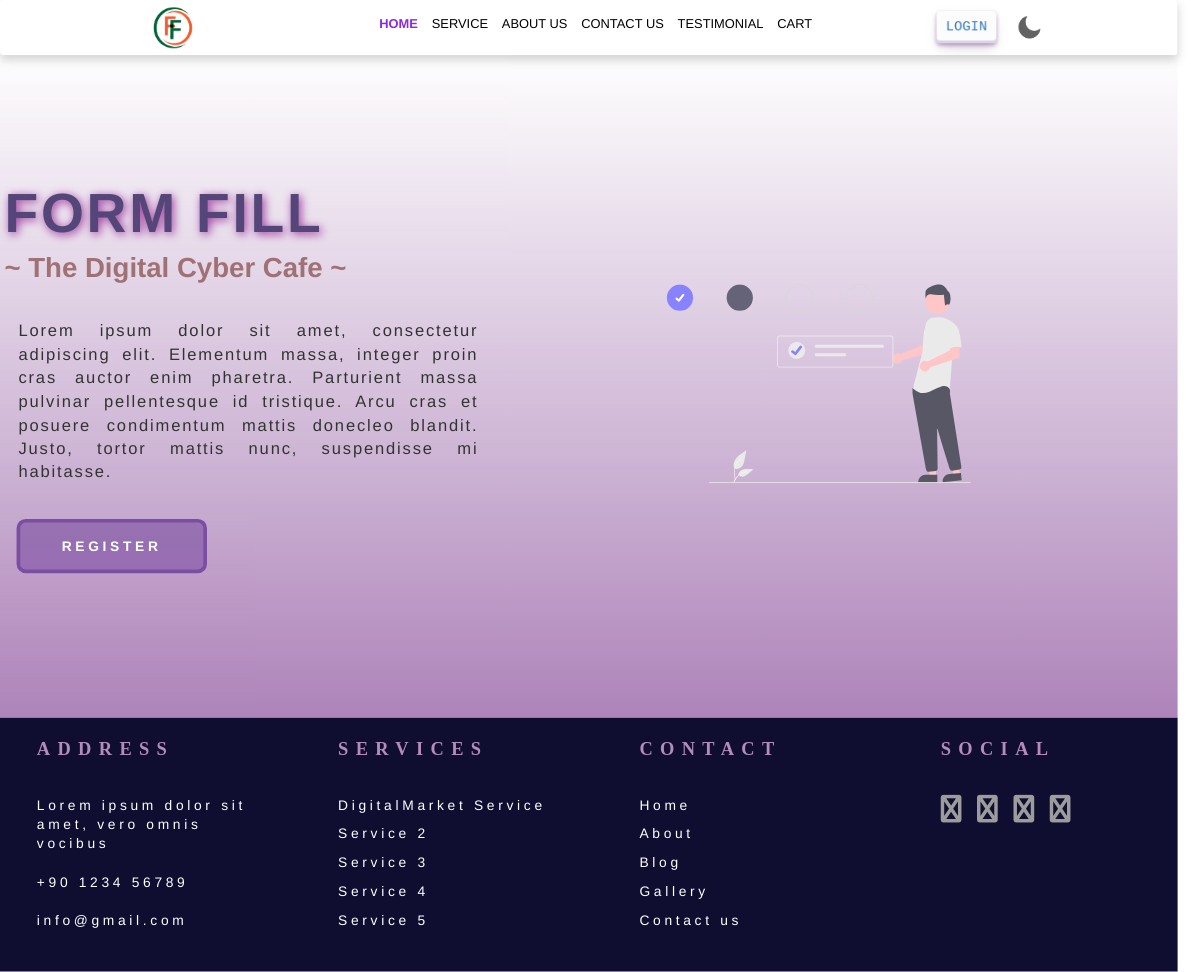
Repository: codervivek5/Formfil
Page: index.html
These files come from the project's save history. The page is drawn as it stood at one moment and after the next save; the edit follows.
The browser window is 1280 px wide. The page is 1295 px wide, so the pictures cover 1295 px, including what lies to the right of the window. The pictures show the whole page, at 92% of full size.
Some web fonts or font styles are not loaded; a fallback is used.

Above is the page before, as saved 2023-03-04 20:56:50.

After the next save:
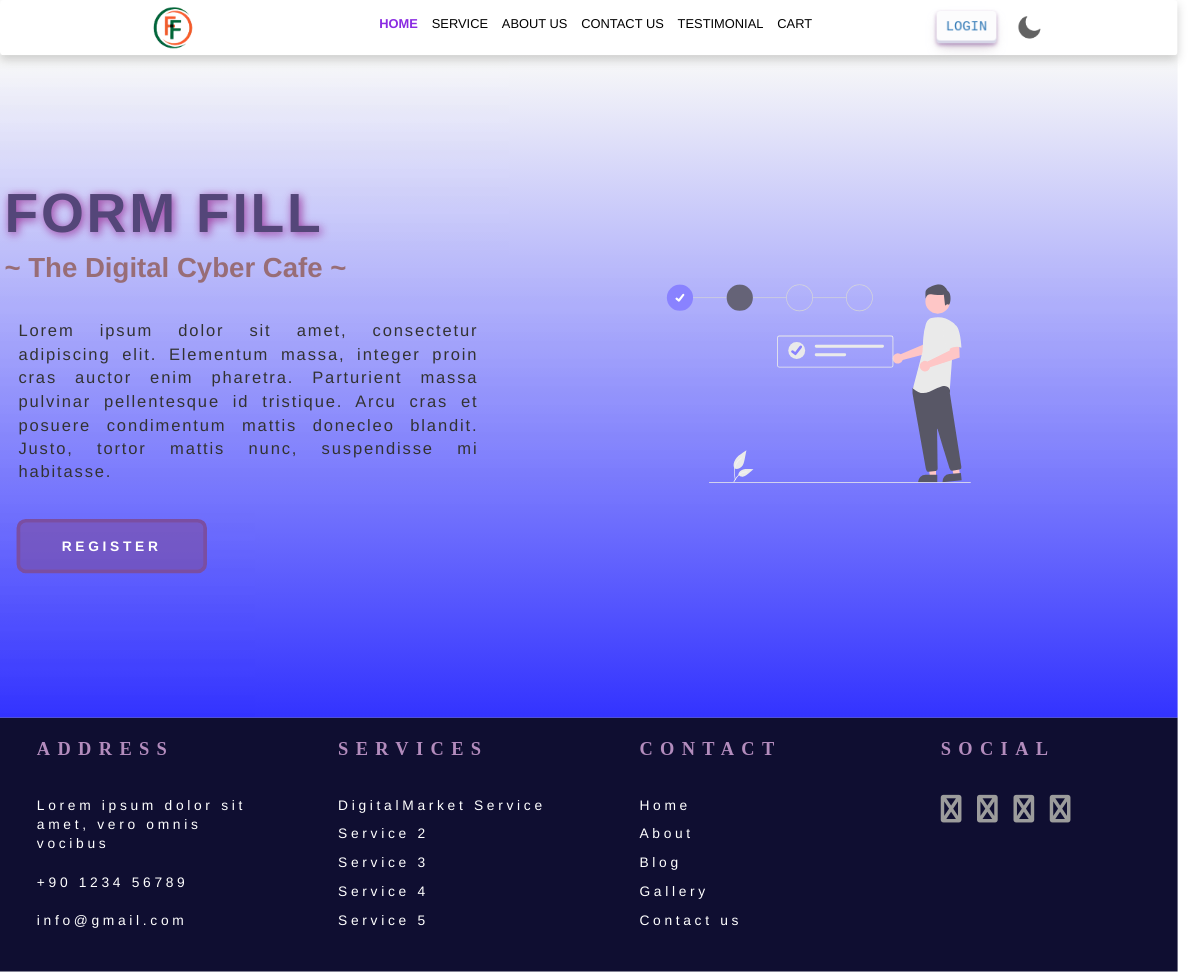
Saved 26 s later.
--- a/style/theme.css
+++ b/style/theme.css
@@ -1,5 +1,5 @@
 :root{
-	--color--main: linear-gradient(rgba(244, 245, 243, 0.1),#7b378ec4);
+	--color--main: linear-gradient(rgba(244, 245, 243, 0.712),blue);
 	--color--footer: rgb(119, 5, 100);
 	--color--h1: #2a1958;
 	--color--h2: rgba(122, 60, 60, 0.87);
